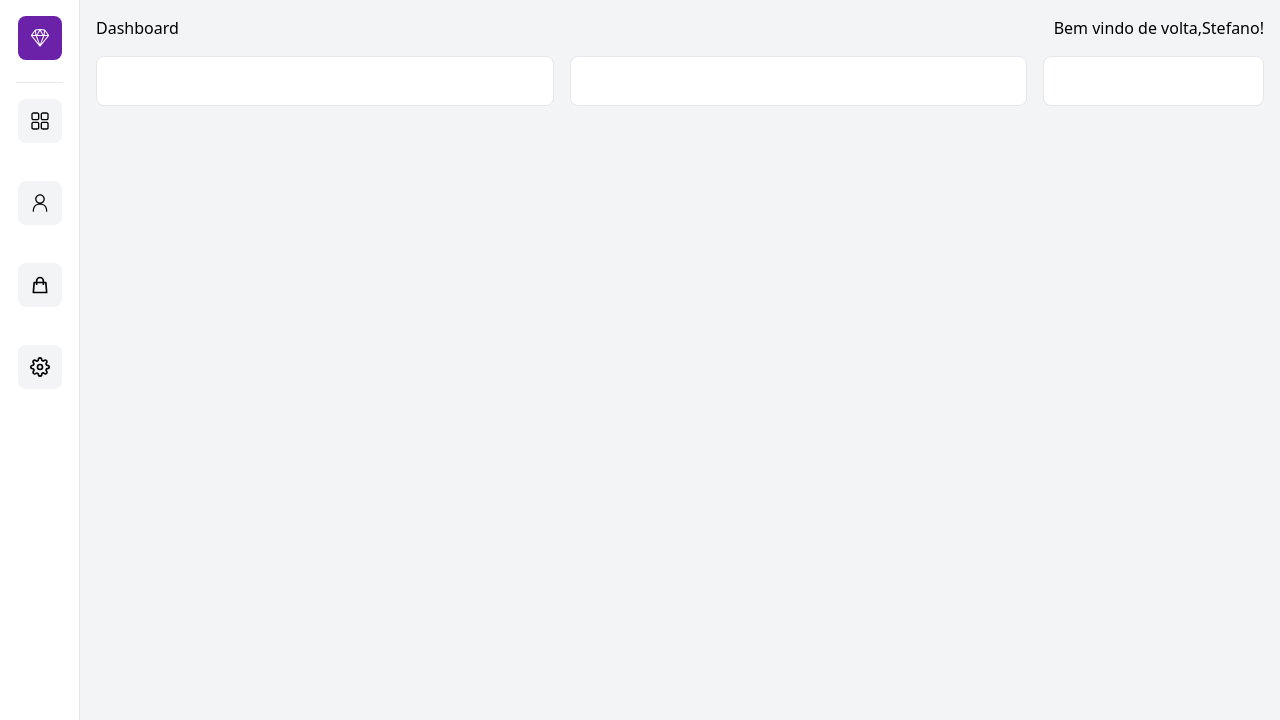
Repository: stefanosousaa/dashboard-next13
Page: /
These files come from the project's save history. The page is drawn as it stood at one moment and after the next save; the edit follows.
The browser window is 1280 px wide. The pictures show the whole page.
The project was rebuilt for these pictures with package versions that can differ from the ones it lists, and the page was loaded fresh each time. The framework's server and built-in components were replaced by stand-ins that run in the browser. Also part of the build but not shown: next.config.js.

Above is the page before, as saved 2023-05-11 23:18:49.

After the next save:
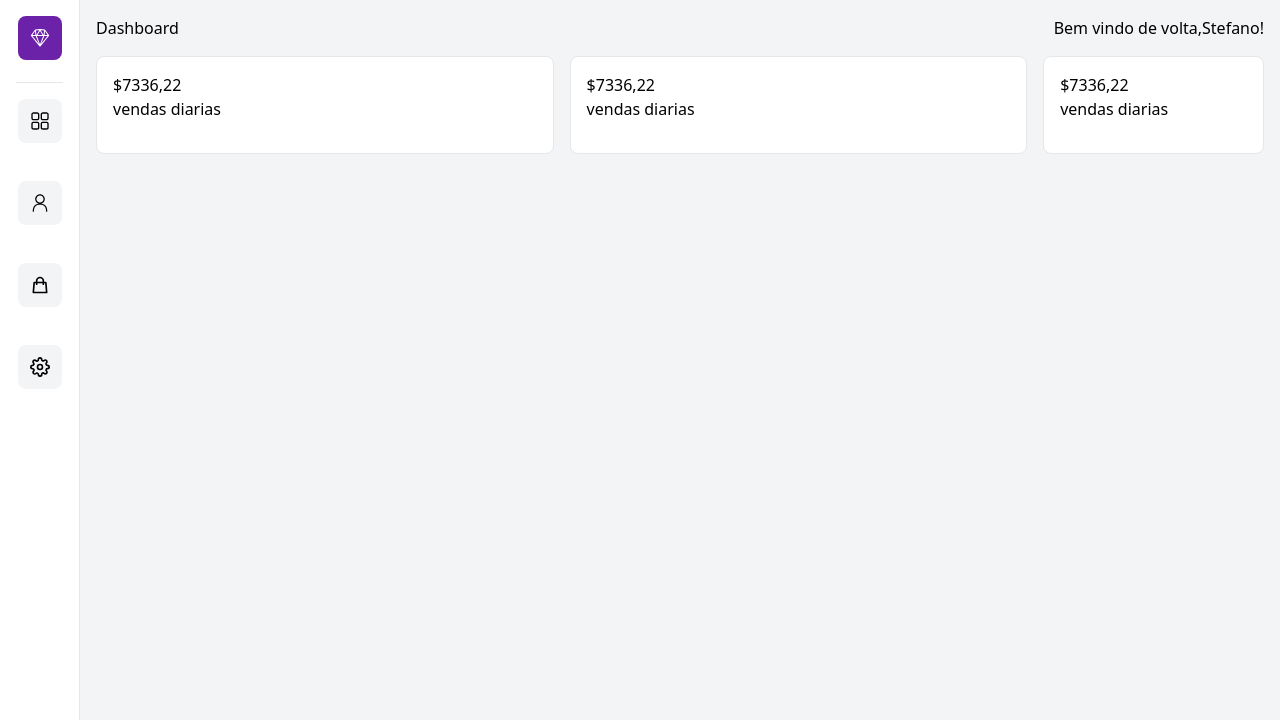
Saved 2 min 16 s later.
--- a/components/TopCards.jsx
+++ b/components/TopCards.jsx
@@ -4,13 +4,22 @@ const TopCards = () => {
   return (
     <div className='grid lg:grid-cols-5 gap-4 p-4'>
         <div className='lg:col-span-2 col-span-1 bg-white flex justify-between w-full border p-4 rounded-lg'>
-        <div className='flex flex-col w-full pb-4'></div>
+           <div className='flex flex-col w-full pb-4'>
+            <p>$7336,22</p>
+            <p>vendas diarias</p>
+           </div>
         </div>
         <div className='lg:col-span-2 col-span-1 bg-white flex justify-between w-full border p-4 rounded-lg'>
-        <div className='flex flex-col w-full pb-4'></div>
+           <div className='flex flex-col w-full pb-4'>
+           <p>$7336,22</p>
+            <p>vendas diarias</p>
+           </div>
         </div>
         <div className='bg-white flex justify-between w-full border p-4 rounded-lg'>
-        <div className='flex flex-col w-full pb-4'></div>
+           <div className='flex flex-col w-full pb-4'>
+           <p>$7336,22</p>
+            <p>vendas diarias</p>
+           </div>
         </div>
     </div>
   )
